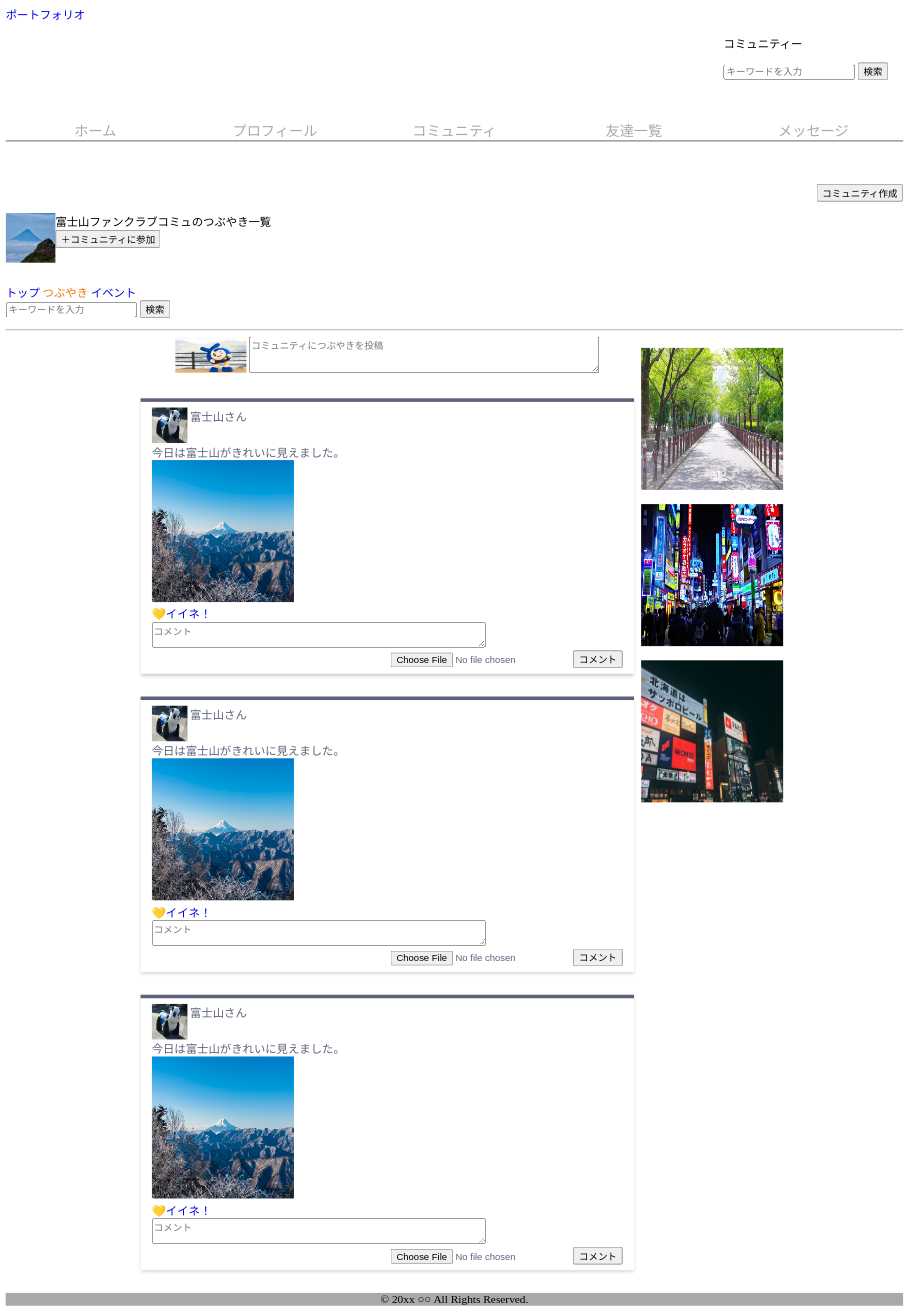
Repository: yuukiabc/samurai_PHP
Page: CMT.html
The author's editor kept a record of every edit. The page is drawn from the files as they stood at one moment, then again after the next edit.
The browser window is 1280 px wide. The pictures show the whole page, at 71% of full size.

Above is the page before.

### CMT.html
<!DOCTYPE html>
<html>
    <head>
        <meta charset="UTF-8">
        <title>sns</title>
        <link rel="stylesheet"type="text/css"href="CMT.css">
    </head>
    <body>
        <div class="f">
            <a href="HP.html">ポートフォリオ</a>
            <div class="e">
                <p>コミュニティー</p>
                <input type="search" name="search" placeholder="キーワードを入力">
                <input type="submit" name="submit" value="検索">
            </div>
        </div>
        <div class="d">
            <ul>
                <li><a href="HP.html">ホーム</a></li>
                <li><a href="PF.html">プロフィール</a></li>
                <li><a href="CM.html">コミュニティ</a></li>
                <li><a href="Friends list.html">友達一覧</a></li>
                <li><a href="message.html">メッセージ</a></li>
            </ul>
        </div>
        <div class="menu"></div>
        <div class="h">
            <div align='right'class="i">
                <input type="submit" value="コミュニティ作成">
            </div>
            <p>
                <img src="1.jpg"alt="写真"width="70" height="70"align="left">
                富士山ファンクラブコミュのつぶやき一覧<br>
                <button type=“button” onclick="location.href='#'">＋コミュニティに参加</button>
            </p>
            <br clear="left">
            <p>
                <a href="CMTP.html">トップ</a><a href="CMT.html"><span> つぶやき</span></a><a href="CMI.html"> イベント</a>

                <input align="right" type="search" name="search" placeholder="キーワードを入力">
                <input type="submit" name="submit" value="検索">
            </p>
            <hr>
            <div class="c">
                <form class="photo" action="cgi-bin/formmail.cgi" method="post">
                    <img src="20.jpg" alt="画像"width="100" height="50">
                    <textarea id="comment" name="comment"placeholder="コミュニティにつぶやきを投稿"rows="3"></textarea>
                </form>
                <div class="kakomi-box8">
                    <img src="3.jpg"alt="写真"width="50" height="50"align="top">
                    富士山さん
                    <p>今日は富士山がきれいに見えました。</p>
                    <img src="4.jpg"alt="写真"width="200" height="200"><br>
                    <a href="#">💛イイネ！</a><br>
                    <textarea id="comment" name="comment"placeholder="コメント"rows="2"></textarea>
                    <div align='right'>
                        <input type="file" name="example1"></input>
                        <input type="submit" value="コメント"></input>
                    </div>
                </div>
                <div class="kakomi-box8">
                    <img src="3.jpg"alt="写真"width="50" height="50"align="top">
                    富士山さん
                    <p>今日は富士山がきれいに見えました。</p>
                    <img src="4.jpg"alt="写真"width="200" height="200"><br>
                    <a href="#">💛イイネ！</a><br>
                    <textarea id="comment" name="comment"placeholder="コメント"rows="2"></textarea>
                    <div align='right'>
                        <input type="file" name="example1"></input>
                        <input type="submit" value="コメント"></input>
                    </div>
                </div>
                <div class="kakomi-box8">
                    <img src="3.jpg"alt="写真"width="50" height="50"align="top">
                    富士山さん
                    <p>今日は富士山がきれいに見えました。</p>
                    <img src="4.jpg"alt="写真"width="200" height="200"><br>
                    <a href="#">💛イイネ！</a><br>
                    <textarea id="comment" name="comment"placeholder="コメント"rows="2"></textarea>
                    <div align='right'>
                        <input type="file" name="example1"></input>
                        <input type="submit" value="コメント"></input>
                    </div>
                </div>
            </div>
            <div class="a">
                <p>
                    <img src="8.jpg"alt="写真">
                </p>
                <p>
                    <img src="9.jpg"alt="写真">
                </p>
                <p>
                    <img src="10.jpg"alt="写真">
                </p>
            </div>
        </div>
        <div class="g">
            <p>&copy; 20xx ○○ All Rights Reserved.</p>
        </div>
    </body>
</html>

### CMT.css
span{
    color:#ee7800;
}
a {
text-decoration: none;
}
input[type="text"],
textarea {
    width: 70%;
}
.kakomi-box8{
    padding: 0.5em 1em;
    margin: 2em 0;
    color: #5d627b;
    background: white;
    border-top: solid 5px #5d627b;
    box-shadow: 0 3px 5px rgba(0, 0, 0, 0.22);
}
.kakomi-box8 p {
    margin: 0;
    padding: 0;
}
.f{

    height:150px;
}
.e{
    margin-left:80%;
}
.d{
    align-content: center;
    width: 100%;
    display: block;
    margin-left: auto;
    margin-right: auto;
    overflow: hidden;

}
.d ul{
    list-style-type:none;
    padding:0;
    margin:0;
}
.d ul li{
    float: left;
    text-align:center;
    width:20%;
}
.d ul li a{

    display:block;
    height:20px;
    padding:10px;
    text-decoration: none;
    color:#a9a9a9;
    font-size:20px;
    margin:0;
}
.d ul li a:hover{
    filter:drop-shadow(10px 10px 10px black);
}
.menu{
    border-top: 1px solid #2b2b2b;
}
.h{
    overflow: hidden;

}
.a{
    height:100%;
    width:15%;
    float:left;
    padding-left:10px;
    box-sizing: border-box;
}
.a img{
    height:200px;
    width:200px;
}
.g{
    background-color:#a9a9a9;
    text-align:center;
}
.g p{
    margin:0;
}
.c{
    height:100%;
    width:55%;
    float:left;

    padding-left:15%;
}
.c form{
    text-align:center;
}
.i{
    padding-top:60px;
}

After the next edit:
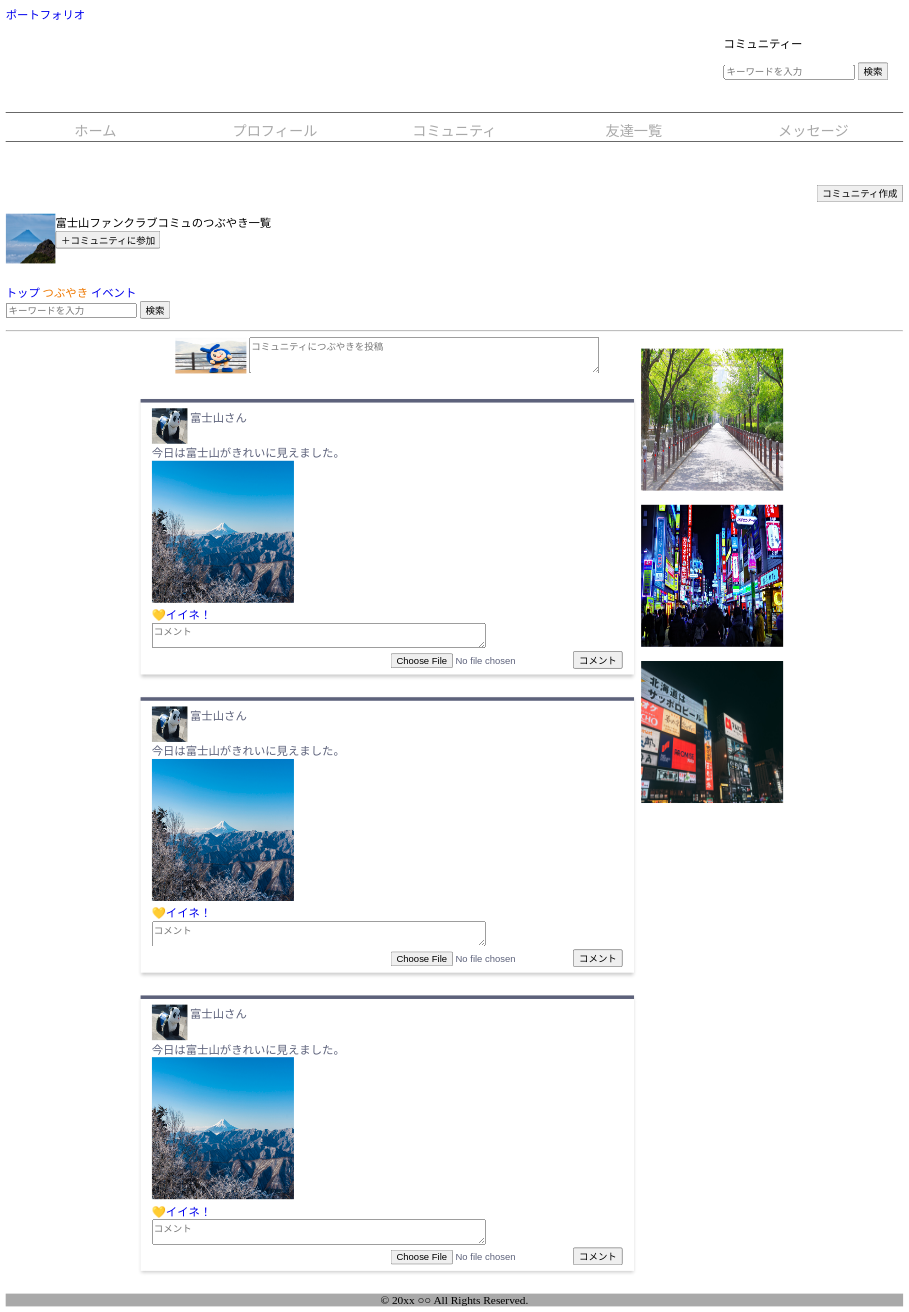
The edit:
--- a/CMT.css
+++ b/CMT.css
@@ -21,7 +21,7 @@
     padding: 0;
 }
 .f{
-
+    border-bottom: 1px solid #2b2b2b;
     height:150px;
 }
 .e{
